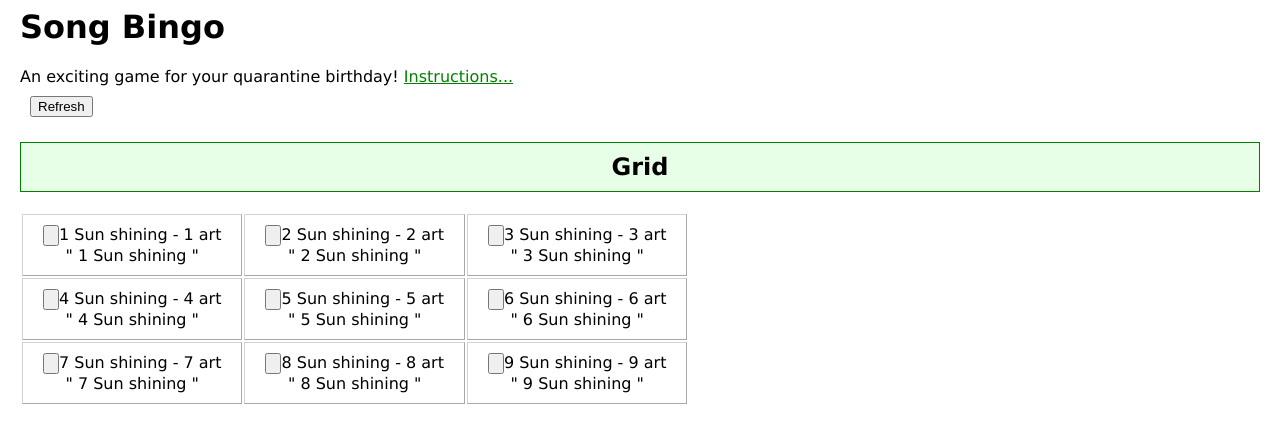
Repository: salsal97/birthday-bingo
Page: bingo.html
These files come from the project's save history. The page is drawn as it stood at one moment and after the next save; the edit follows.
The browser window is 1280 px wide. The pictures show the whole page.
After loading, the first visible `input` was clicked once.

Above is the page before, as saved 2020-05-23 12:47:14.

### bingo.html
<!--
Author: Saloni Goel and Abhinav Nair, 2020
Previous Author: Werner Stoop, 2012
-->
<html>
<head>
	<title>Song Bingo</title>

	<style>
	h2 {background:rgb(230,255,230);text-align:center;padding:10px;border:1px solid green;}
	body {font-family:Verdana;margin-left:20px;margin-right:20px}
	td {
		padding:10px 20px;
		border-top:1px solid lightgray;
		border-left:1px solid lightgray;
		border-bottom:1px solid darkgray;
		border-right:1px solid darkgray;
	}
	.error {
		background-color:#FF7F7F;
		color:red;
		padding:5px;
		margin:20px 50px;
		border:1px solid red;
	}
	.highlight {
		background:#47FF84;
	}
	a {
		color:green;
	}
	td label {
		cursor:pointer;
    	text-align: center;
	}
	form {
		margin:5px;
		padding:5px;
		color:green;
	}
	#instructions {
		display:none;
		border: 1px solid green;
		margin:10px;
		padding:20px;
	}
	</style>

	<!-- <script type="text/javascript" src="songs.json"></script> -->
	<script type="text/javascript">

	// var fs = require('fs');
	// var songs = fs.readFileSync("songs.json", "utf8");
	// var songs = $.getJSON("https://birthday-bingo.azurewebsites.net/songs.json");

	// var data = JSON.parse("https://birthday-bingo.azurewebsites.net/songs.json"); //.data;
	// var N = JSON.parse(songs).N;
	 var N = 3;
	 var data = [{
		friend: "p1",
		quote: "\" 1 Sun shining \"",
		song: "1 Sun shining",
		link: "www.youtube.com",
		artist: "1 art"
	}, {
		friend: "p2",
		quote: "\" 2 Sun shining \"",
		song: "2 Sun shining",
		link: "www.youtube.com",
		artist: "2 art"
	}, {
		friend: "p3",
		quote: "\" 3 Sun shining \"",
		song: "3 Sun shining",
		link: "www.youtube.com",
		artist: "3 art"
	}, {
		friend: "p4",
		quote: "\" 4 Sun shining \"",
		song: "4 Sun shining",
		link: "www.youtube.com",
		artist: "4 art"
	}, {
		friend: "p5",
		quote: "\" 5 Sun shining \"",
		song: "5 Sun shining",
		link: "www.youtube.com",
		artist: "5 art"
	}, {
		friend: "p6",
		quote: "\" 6 Sun shining \"",
		song: "6 Sun shining",
		link: "www.youtube.com",
		artist: "6 art"
	}, {
		friend: "p7",
		quote: "\" 7 Sun shining \"",
		song: "7 Sun shining",
		link: "www.youtube.com",
		artist: "7 art"
	}, {
		friend: "p8",
		quote: "\" 8 Sun shining \"",
		song: "8 Sun shining",
		link: "www.youtube.com",
		artist: "8 art"
	}, {
		friend: "p9",
		quote: "\" 9 Sun shining \"",
		song: "9 Sun shining",
		link: "www.youtube.com",
		artist: "9 art"
	}];

	var cells = {};

	function generate() {
		var usedWords = [];

		var node = document.getElementById("grid");

		// generate/restart game
		if(node.innerHTML && !confirm("Are you sure you want to regenerate?"))
			return;

		var html = '<table border="0">';
		for(var y = 0; y < N; y++) {
			html += "<tr>"
			for(var x = 0; x < N; x++) {

				// pick a random object
				// do {
				// 	var i = Math.round(Math.random() * (N*N - 1));
				// 	var obj = data[x+y*N];
				// } while(usedWords.indexOf(obj.friend) >= 0);
				// usedWords.push(obj.friend);
				var obj = data[x + y*N];

				// append object html
				html += '<td id="cell_' + x + '_' + y + '" style="text-align:center"><label><input id="chk-cell_' + x + '_' + y + '" type="button" onclick="cellClicked(\'cell_' + x + '_' + y + "')\">" + obj.song +" - "+ obj.artist + "<br>" + obj.quote + "</label></td>";
			}
			html += "</tr>"
		}
		html += "</table>";
		node.innerHTML = html;
		// node.innerHTML = "<p>"+data+" puppy 1";
		save("bingo.grid", html);
		saveGameState();
	}

	/* http://diveintohtml5.info/storage.html */
	function supports_html5_storage() {
	  try {
	    return 'localStorage' in window && window['localStorage'] !== null;
	  } catch (e) {
	    return false;
	  }
	}

	function cellClicked(id) {
		var c = document.getElementById("chk-" + id);
		var d = document.getElementById(id);
		var temp = id.split("_");
		var i = Number(temp[1]) + Number(temp[2])*N;

		var person = prompt("Enter the name of the friend "+data[i].friend).toLowerCase();
        if (person != null) {
			if (person == data[i].friend) {
			  d.innerHTML = data[i].friend.toUpperCase();
			  d.style.backgroundColor = "DarkCyan";
			//   d.className =(c.checked)?"highlight":"";
			}
			else {
				d.style.backgroundColor = "Crimson";
				if (!d.innerHTML.endsWith(", ")){
					d.innerHTML += "<br> Wrong guess: ";
				}
				d.innerHTML += person + ", ";
			}
		}
		saveGameState();
	}

	function saveGameState() {
		for(var y = 0; y < N; y++) {
			for(var x = 0; x < N; x++) {
				var id = 'cell_' + x + '_' + y;
				var c = document.getElementById("chk-" + id);
				save("bingo." + id, c.checked);
			}
		}
	}

	function loadGameState() {
		for(var y = 0; y < N; y++) {
			for(var x = 0; x < N; x++) {
				var id = 'cell_' + x + '_' + y;
				var c = document.getElementById("chk-" + id);
				c.checked = (load("bingo." + id) == 'true');
				var d = document.getElementById(id);
				d.className =(c.checked)?"highlight":"";
			}
		}
	}

	function toggle(id){
		var elem = document.getElementById(id);
		if (elem.style.display == "block")
			elem.style.display = "none";
		else
			elem.style.display = "block";
	}

	save = function(key,value){};
	load = function(key){return null};

	function start() {
		if(supports_html5_storage()) {
			save = function(key, value) {
				localStorage.setItem(key,value);
			};
			load = function(key) {
				return localStorage.getItem(key);
			};
		} else {
			alert("Your browser does not support localStorage.\nYou won't be able to persist the Bingo grid.\nUpgrading your browser may help.");
			return;
		}

		var grid = load("bingo.grid");
		if(grid) {
			console.log("Loaded a previously generated grid");
			var node = document.getElementById("grid");
			node.innerHTML = grid;
			loadGameState();
		}
	}
	</script>
</head>
<body onLoad="start()">
<h1>Song Bingo</h1>

An exciting game for your quarantine birthday!

<a href="javascript:toggle('instructions');">Instructions...</a>

<noscript>
<div class="error">
<strong>Problem:</strong>
<p><em>
You do not have JavaScript enabled. JavaScript must be enabled for this application to work.
</em></p>
</div>
</noscript>

<div id="instructions">
<h2>Instructions</h2>
<ol>
	<noscript><li>Enable JavaScript</li></noscript>
	<li>Click <strong>Refresh</strong> to create your Bingo board.</li>
	<li>In the boxes you see the name of a song, its artist, and a quote from the song that someone chose for you </li>
	<li>Click on the button in the box to guess who chose this song!  </li>
	<li>If your guess is right, the box will change color and display the name of the person (:  </li>
	<li>If your guess is wrong, the box will show you your incorrect guess to help you narrow your search  </li>
	<li>HINT: The main page of this website should be populated with the people who participated! I restricted this to first names to make it easy  </li>
</ol>
</div>
<form>
<input type="button" value="Refresh" onClick="generate();"/>
</form>
<h2>Grid</h2>
<div id="grid"></div>
</body>
</html>

After the next save:
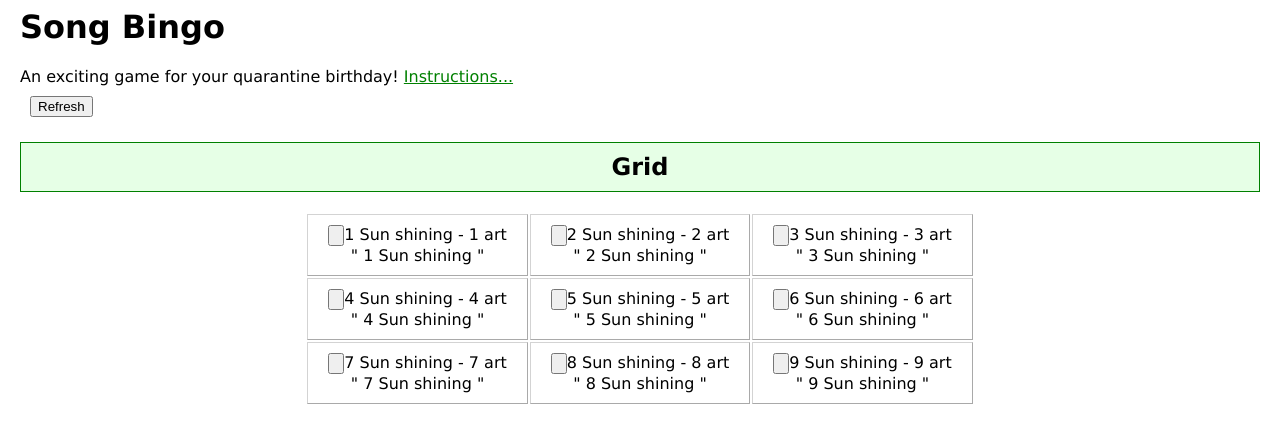
Saved 9 min 5 s later.
--- a/bingo.html
+++ b/bingo.html
@@ -124,6 +124,7 @@ Previous Author: Werner Stoop, 2012
 			return;
 
 		var html = '<table border="0">';
+		html += '<table style = "margin-left:auto;margin-right:auto;">'  // Nair: Needed cause OCD
 		for(var y = 0; y < N; y++) {
 			html += "<tr>"
 			for(var x = 0; x < N; x++) {
